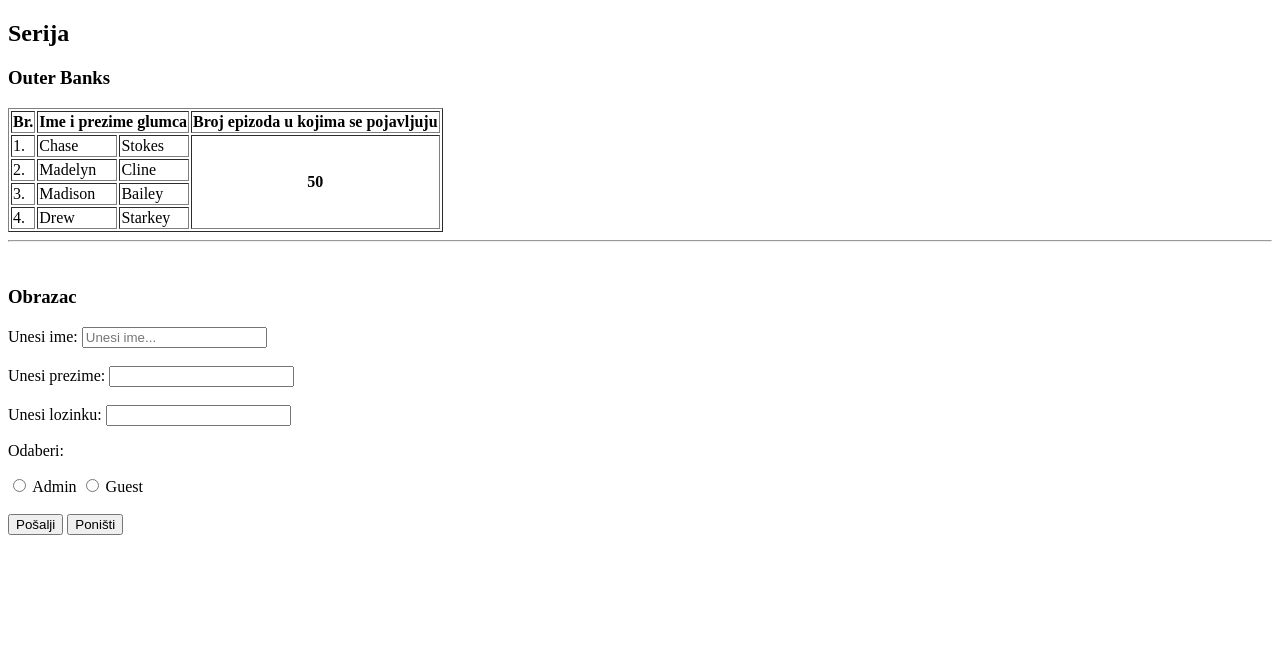
Repository: larabiondic/wp_biondic_lara
Page: Domace zadace/Zadaća.2.html
These files come from the project's save history. The page is drawn as it stood at one moment and after the next save; the edit follows.
The browser window is 1280 px wide. The pictures show the whole page.

Above is the page before, as saved 2025-11-03 20:45:40.

### Domace zadace/Zadaća.2.html
<!DOCTYPE html>
<html lang="en">
<head>
    <meta name="viewport" content="width=device-width, initial-scale=1.0">
    <meta name="description" content="Zadaća 2.">
    <meta name="keywords" content="HTML">
    <meta name="author" content="Lara Biondić">
    <title>Zadaća 2.</title>
</head>
<body>
    <h2>Serija</h2>
    <h3>Outer Banks</h3>
    <table border="1">
        <tr>
            <th>Br.</th>
            <th colspan="2">Ime i prezime glumca</th>
            <th>Broj epizoda u kojima se pojavljuju</th>
        </tr>
        <tr>
            <td>1.</td>
            <td>Chase</td>
            <td>Stokes</td>
            <th rowspan="4">50</th>
        </tr>
        <tr>
            <td>2.</td>
            <td>Madelyn</td>
            <td>Cline</td>

        </tr>
        <tr>
            <td>3.</td>
            <td>Madison</td>
            <td>Bailey</td>

        </tr>
        <tr>
            <td>4.</td>
            <td>Drew</td>
            <td>Starkey</td>

        </tr>

    </table>
    <hr>
    <br>
    <h3>Obrazac</h3>
    <form action="#" method="get">
        <label for="ime">Unesi ime:</label>
        <input type="text" id="Ime" placeholder="Unesi ime...">
        <br>
        <br>
        <label for="prezime">Unesi prezime:</label>
        <input type="text" id="prezime">
        <br>
        <br>
        <label for="pass">Unesi lozinku:</label>
        <input type="password" name="pass" id="pass" required>
        <br>
        <p>Odaberi:</p>
        <input type="radio" name="admin" id="admin">
        <label for="admin">Admin</label>
        <input type="radio" name="guest" id="guest">
        <label for="guest">Guest</label>
        <br>
        <br>
        <input type="submit" value="Pošalji">
        <input type="reset" value="Poništi">



    </form>
</body>
</html>

After the next save:
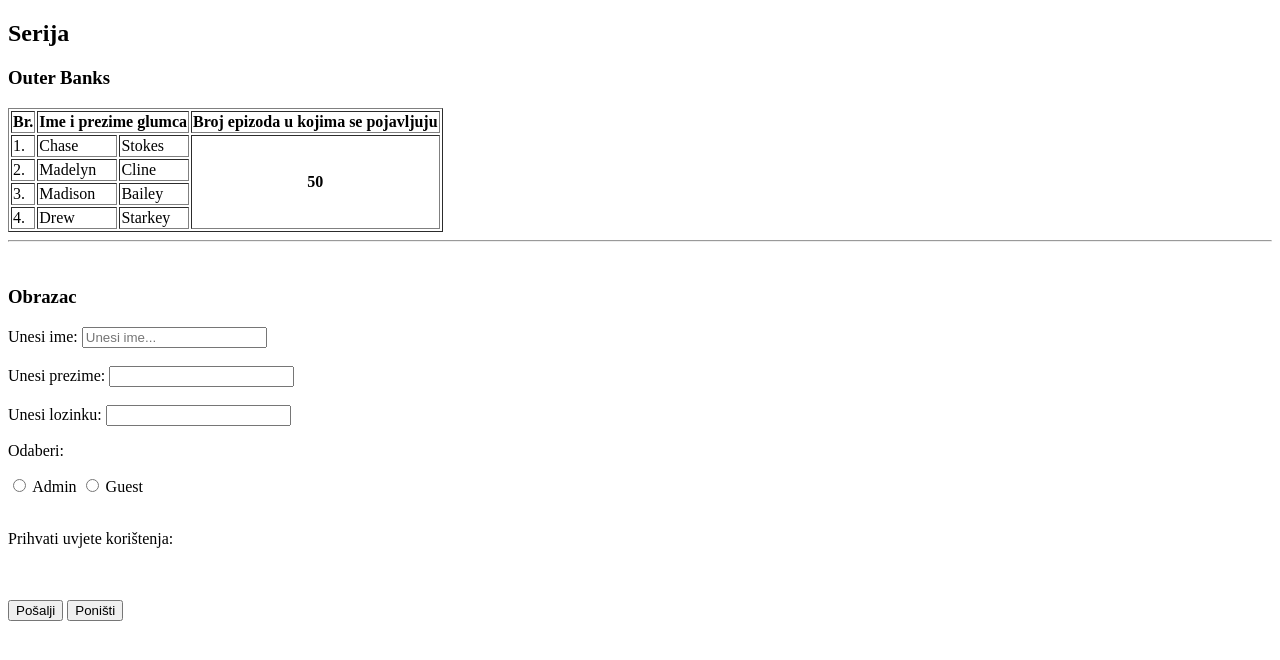
Saved 78 s later.
--- a/Domace zadace/Zadaća.2.html
+++ b/Domace zadace/Zadaća.2.html
@@ -64,6 +64,10 @@
         <label for="guest">Guest</label>
         <br>
         <br>
+        <p>Prihvati uvjete korištenja:</p>
+
+        <br>
+        <br>
         <input type="submit" value="Pošalji">
         <input type="reset" value="Poništi">
 
